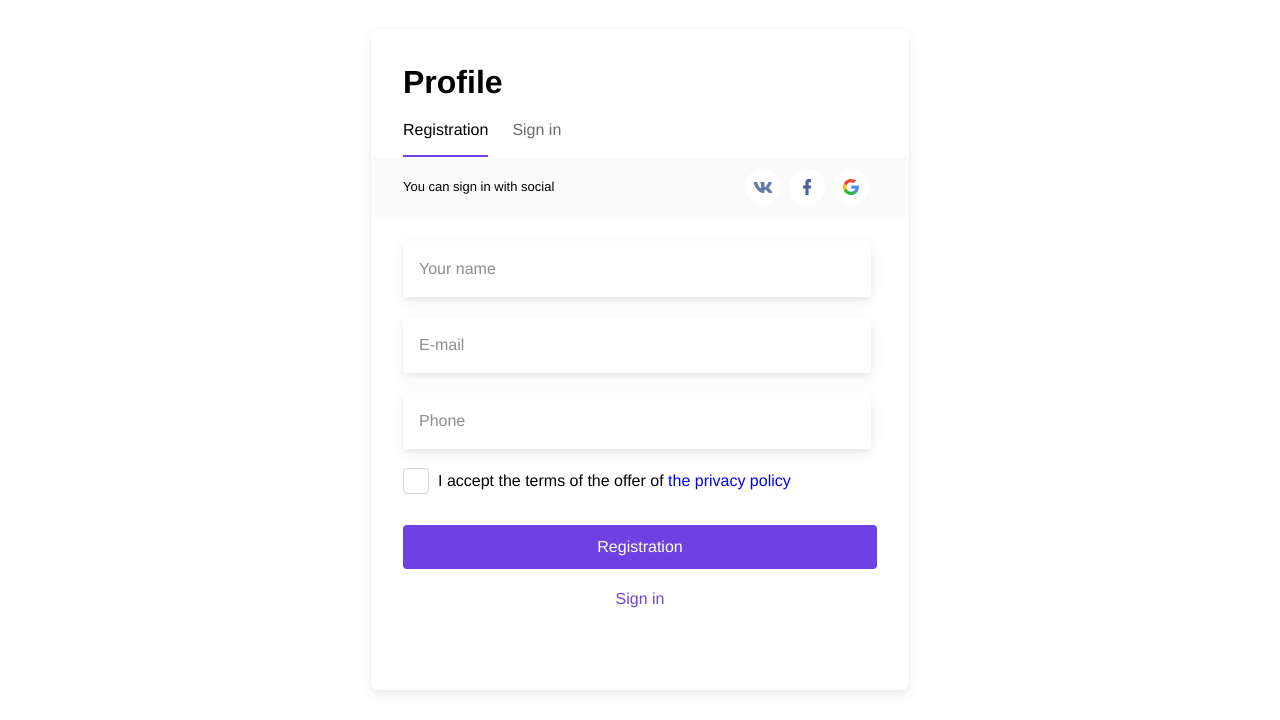
Repository: skydevil1604/vue-test-app
Page: /
The author's editor kept a copy of each file at every save. The page is drawn from the files as they stood at one save, then again after the next save.
The browser window is 1280 px wide. The pictures show the whole page.
The project was rebuilt for these pictures with package versions that can differ from the ones it lists, and the page was loaded fresh each time.

Above is the page before, as saved 2020-04-06 15:57:30.

After the next save:
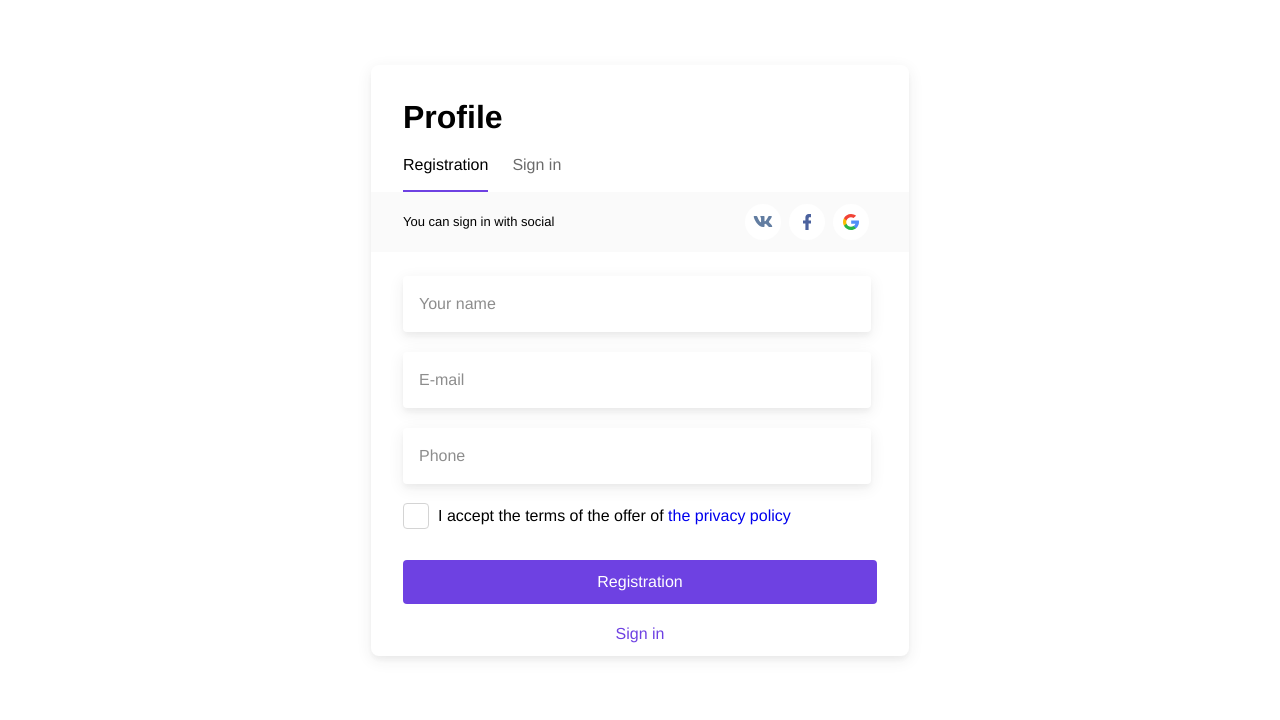
Saved 4 min 26 s later.
--- a/src/components/AuthenticationForm.vue
+++ b/src/components/AuthenticationForm.vue
@@ -32,7 +32,6 @@ export default {
     .authentication {
         margin: auto;
         width: 474px;
-        height: 628px;
         background: #FFFFFF;
         box-shadow: 0px 4px 16px rgba(51, 51, 51, 0.08), 0px 4px 4px rgba(51, 51, 51, 0.04);
         border-radius: 8px;
